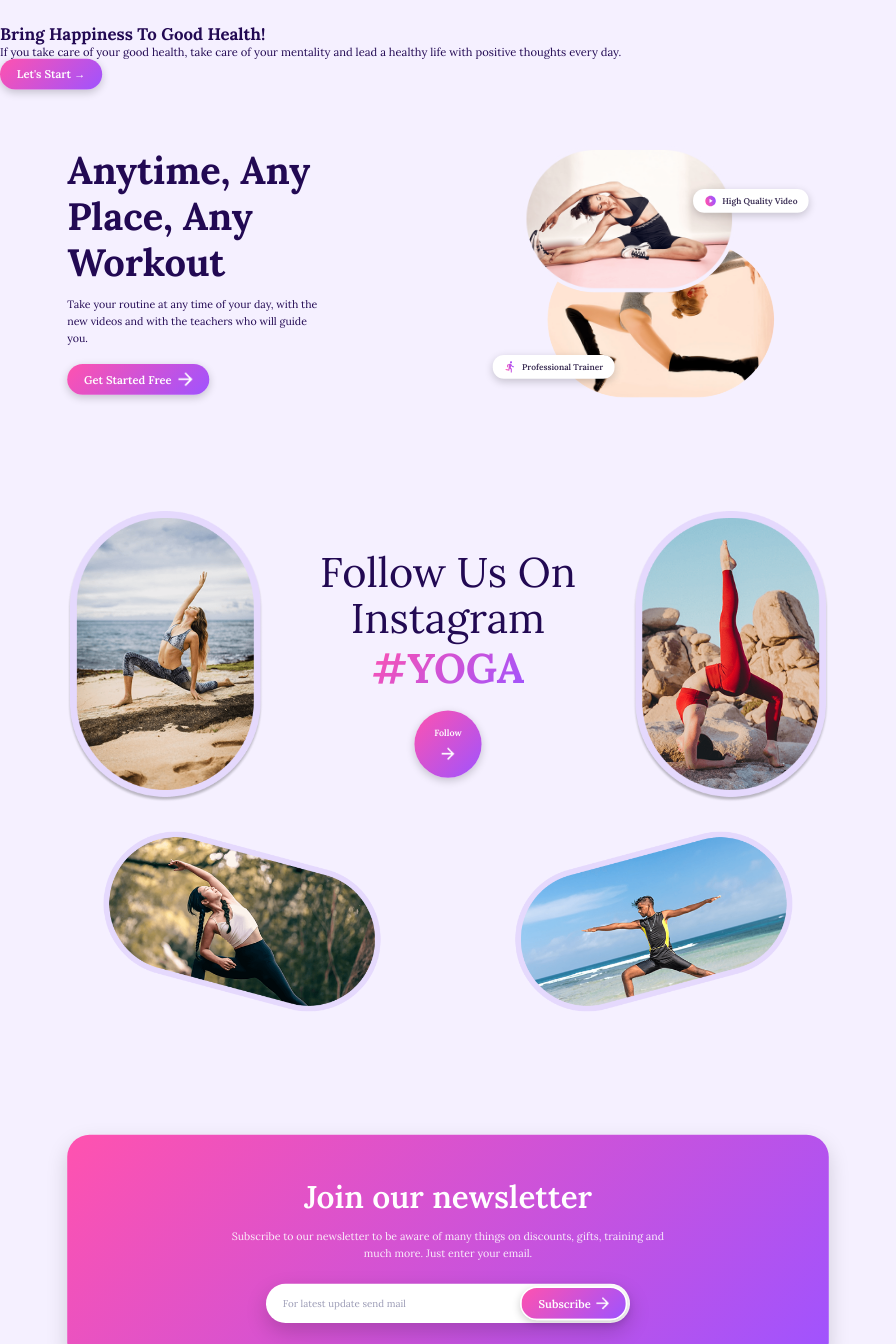
Repository: EunsuhJeon/responsive-yoga-website
Page: index.html
An editor plug-in stored every save of this project. The page is shown before and after the next save, followed by the edit.
The browser window is 1280 px wide. The pictures show the part of the page from y = 1040 to 2960 px (the page is 3412 px tall), at 70% of full size.

Above is the page before, as saved 2025-11-27 00:39:14.

After the next save:
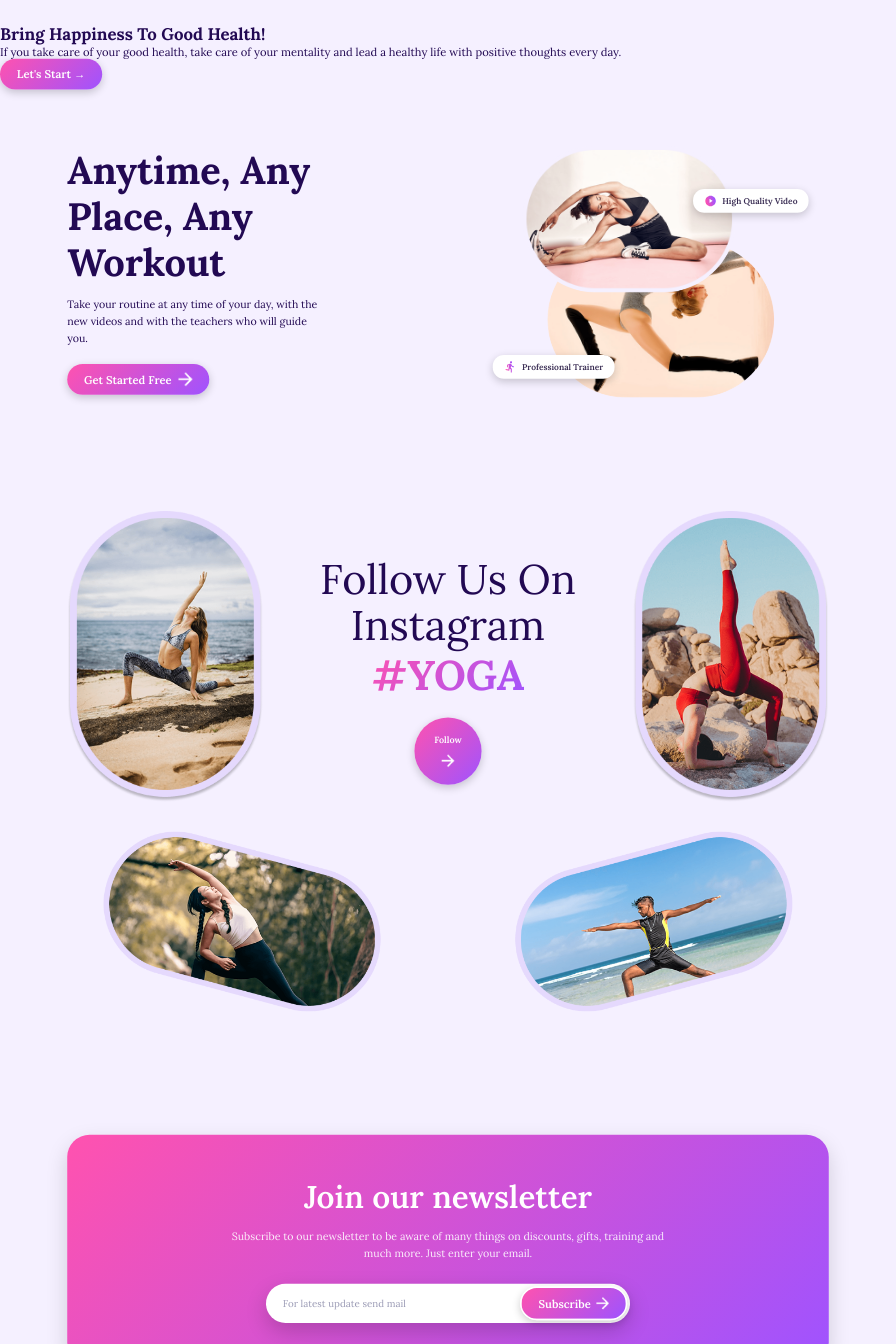
Saved 5 s later.
--- a/main.css
+++ b/main.css
@@ -624,7 +624,7 @@ header a{
 .seccion-5-title {
   font-size: clamp(2rem, 4vw + 0.5rem, 4rem); /* máx 64px */
   line-height: 1.1;
-  margin-top: 20px;
+  margin-top: 40px;
   font-weight: 400;
 
 }
